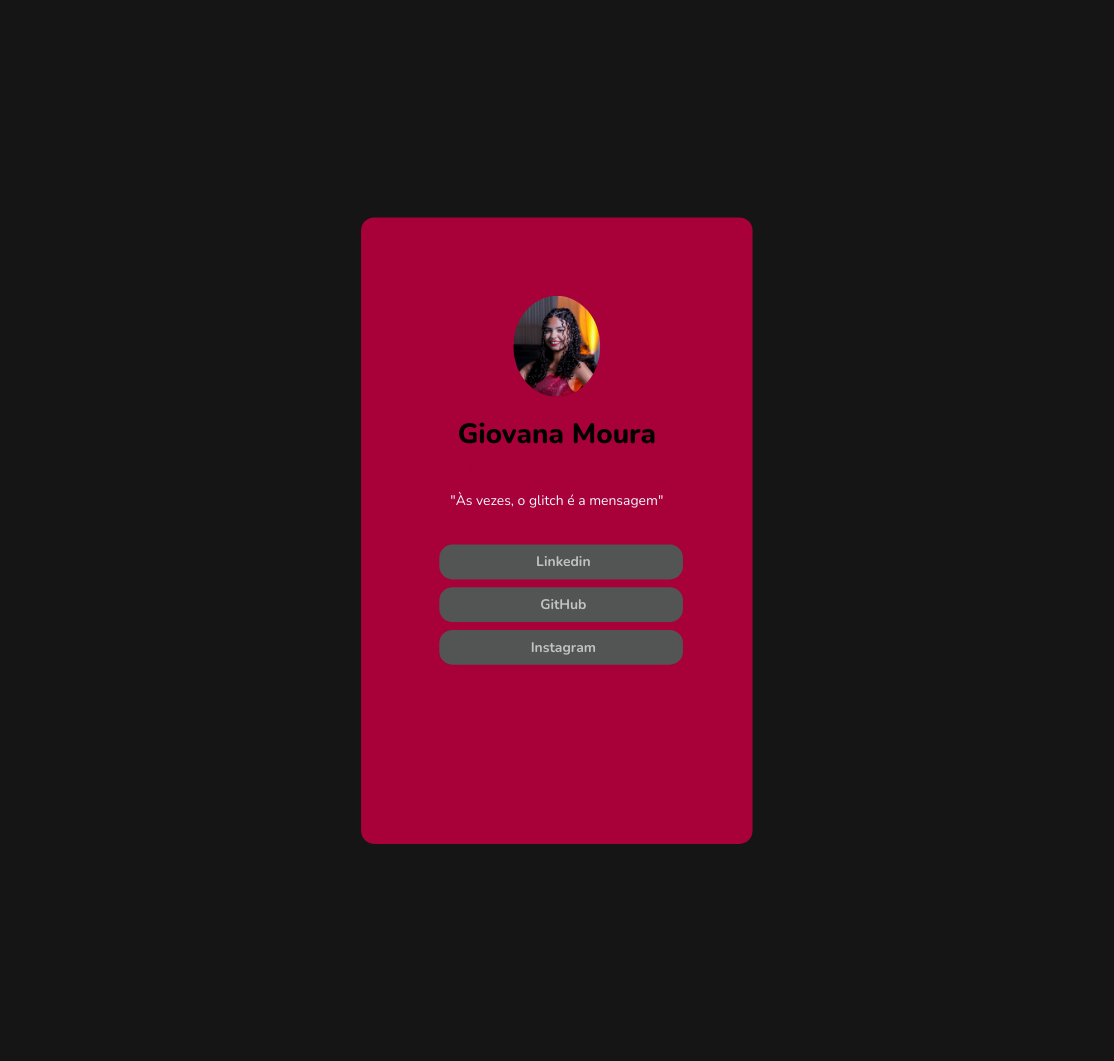
Repository: gimoli/linktree-giovana
Page: index.html
These files come from the project's save history. The page is drawn as it stood at one moment and after the next save; the edit follows.
The browser window is 1280 px wide. The pictures show the whole page, at 87% of full size.
Some icons come from a web library that is not loaded, so they are not drawn.

Above is the page before, as saved 2025-04-11 11:13:58.

After the next save:
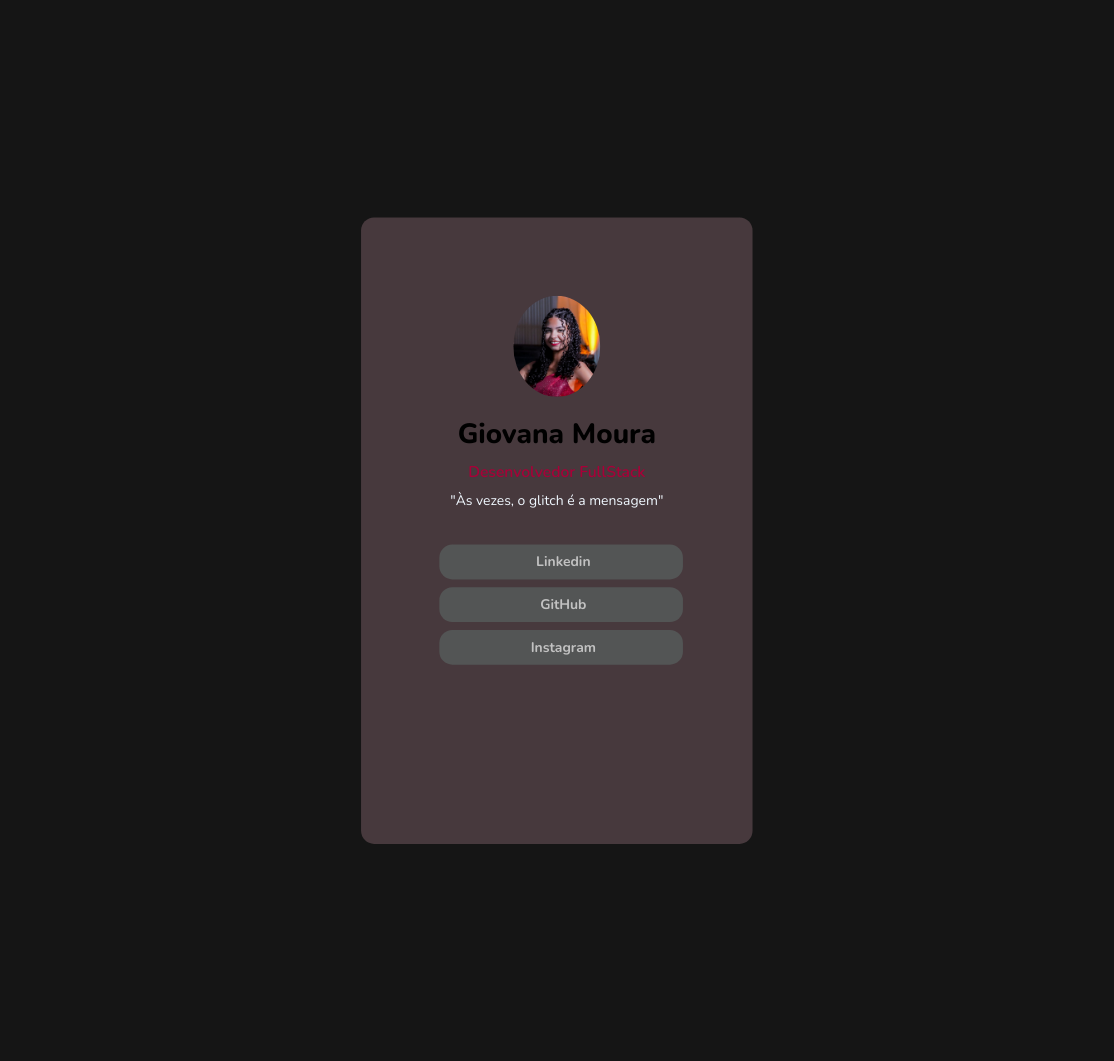
Saved 7 s later.
--- a/style.css
+++ b/style.css
@@ -10,7 +10,7 @@ body {
 }
 
 .container-main {
-    background-color: #a80038;
+    background-color: #47393d;
     width: 450px;
     height: 720px;
     box-sizing: border-box;
